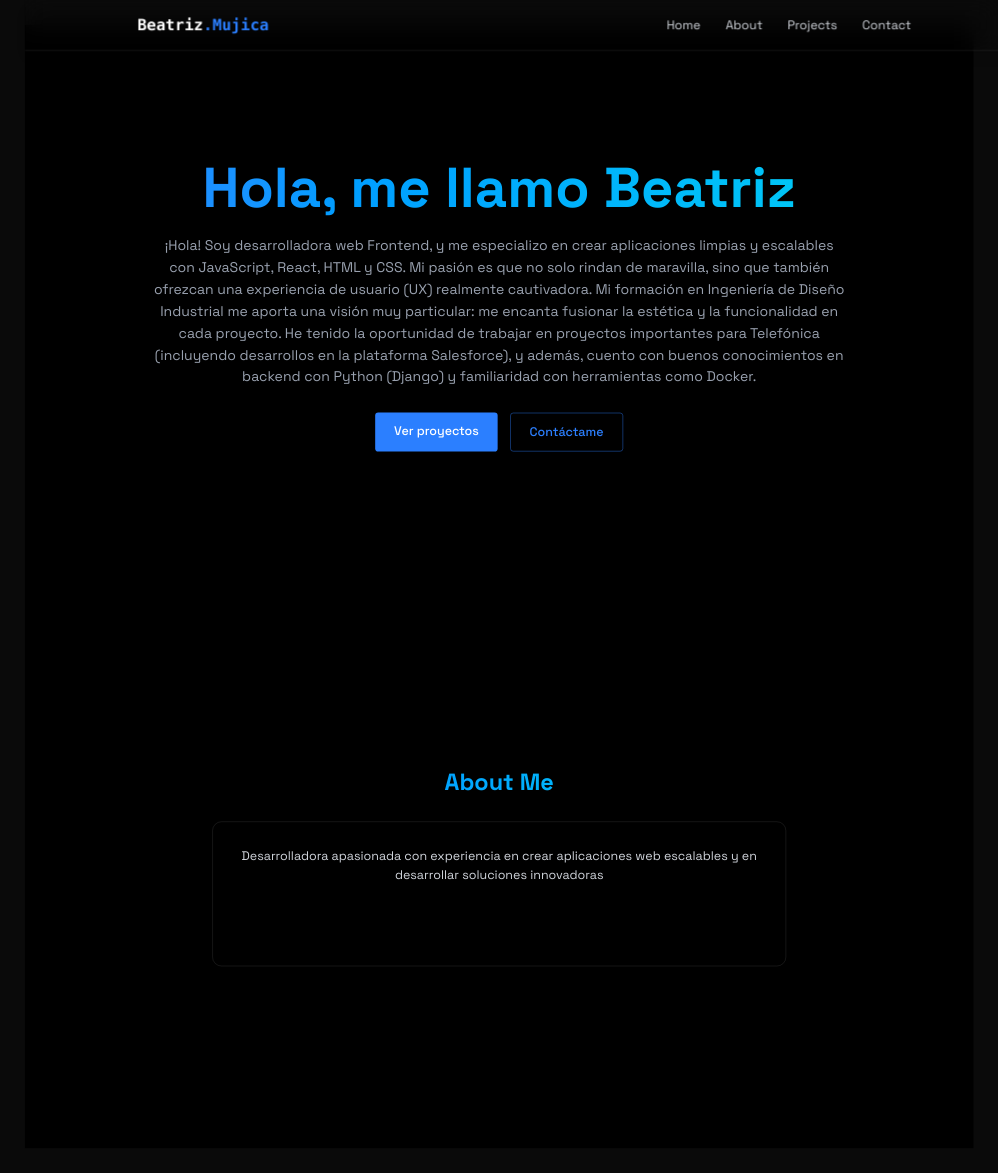
Repository: Bea0224/beatriz-portfolio
Page: /
These files come from the project's save history. The page is drawn as it stood at one moment and after a run of saves; the edit follows.
The browser window is 1280 px wide. The pictures show the whole page, at 78% of full size.
The project was rebuilt for these pictures with package versions that can differ from the ones it lists, and the page was loaded fresh each time. Also part of the build but not shown: vite.config.js.

Above is the page before, as saved 2025-12-06 21:01:50.

After the next 3 saves:
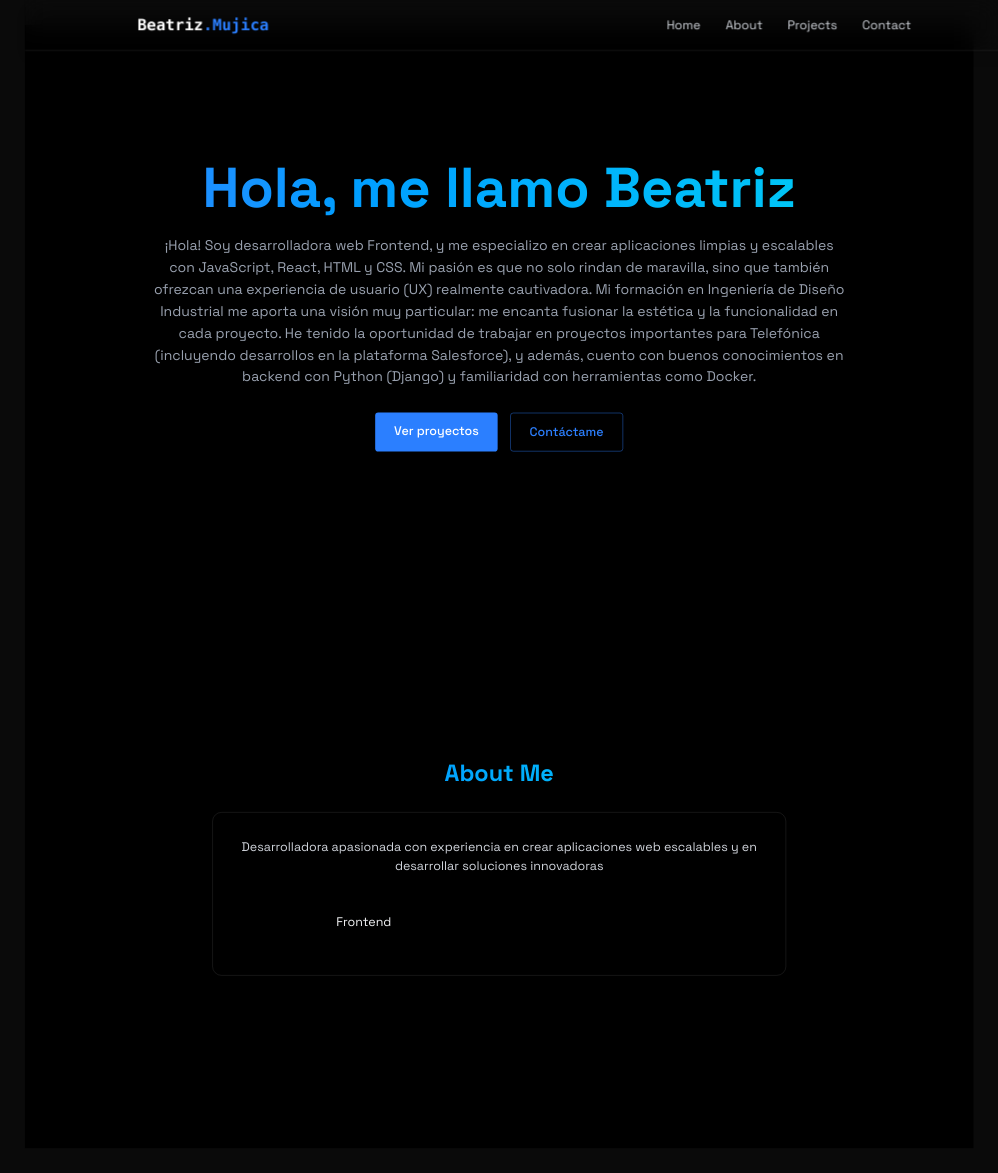
The 3 saves are shown as one change because they came seconds apart.
The last was saved 97 s later.
--- a/src/components/sections/About.jsx
+++ b/src/components/sections/About.jsx
@@ -15,7 +15,7 @@ export const About = () => {
                     </p>
                     <div className="grid grid-cols-1 md:grid-cols-2 gap-6">
                         <div className="rounded-xl p-6 hover:-translate-y-l transition-all">
-
+                            <h3>Frontend</h3>
 
                         </div>
                     </div>
